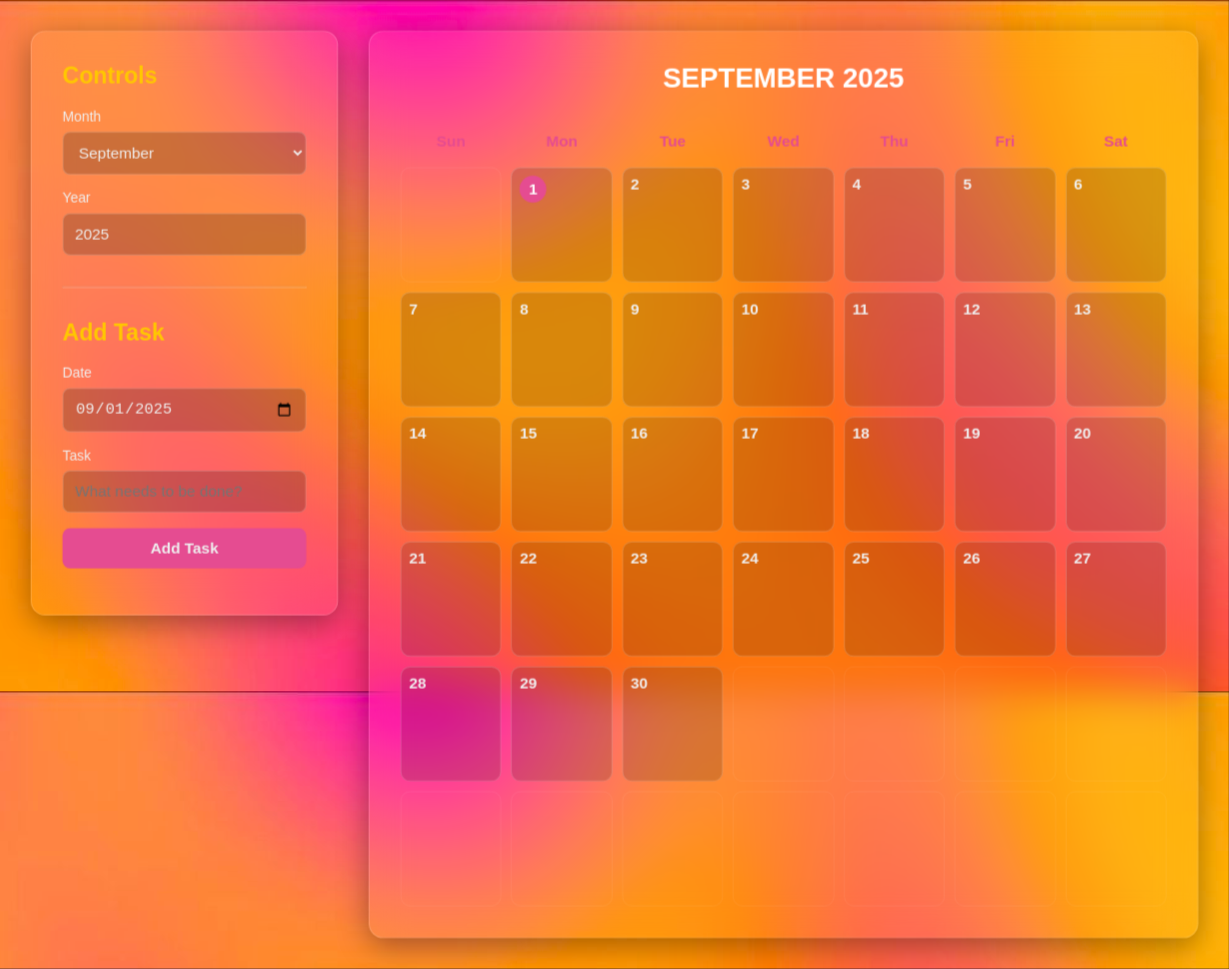
Repository: TanujaNair03/ToDo
Page: static/index.html
An editor plug-in stored every save of this project. The page is shown before and after the next save, followed by the edit.
The browser window is 1280 px wide. The pictures show the whole page, at 96% of full size.
The page's requests for data from a server got no answer. Backgrounds fixed to the window are drawn as part of the page.

Above is the page before, as saved 2025-09-01 15:52:58.

### static/index.html
<!DOCTYPE html>
<html lang="en">
<head>
    <meta charset="UTF-8">
    <meta name="viewport" content="width=device-width, initial-scale=1.0">
    <title>Aesthetic Calendar</title>
    <style>
        :root {
            --glass-bg: rgba(255, 255, 255, 0.05);
            --glass-border: rgba(255, 255, 255, 0.2);
            --text-color: #f0f0f0;
            /* Accent colors updated to match the new pink/yellow theme */
            --accent-primary: #e54c91; /* Pink */
            --accent-secondary: #ffc800; /* Yellow */
        }
        * {
            box-sizing: border-box;
        }

        /* NEW: Static, centered, pink-to-yellow radial gradient */
        body {
            font-family: 'Poppins', sans-serif;
            color: var(--text-color);
            margin: 0;
            padding: 2rem;
            min-height: 100vh;
            background-color: #1a1a2e; /* Fallback color */
            background-image: url('./static/aura.jpg'); /* Path to your image */
            background-repeat: no-repeat;
            background-attachment: fixed; /* Keeps the image fixed while scrolling */
            background-size: cover; /* Ensures the image covers the entire viewport */
            background-position: center; /* Centers the image */
        }

        #app {
            display: flex;
            gap: 2rem;
            width: 100%;
            max-width: 1300px;
            margin: 0 auto;
            align-items: flex-start;
        }

        .glass-pane {
            background: var(--glass-bg);
            backdrop-filter: blur(20px);
            -webkit-backdrop-filter: blur(20px);
            border: 1px solid var(--glass-border);
            box-shadow: 0 8px 32px 0 rgba(0, 0, 0, 0.37);
            border-radius: 15px;
            padding: 2rem;
        }

        .sidebar {
            width: 320px;
            height: fit-content;
            flex-shrink: 0;
        }
        .sidebar h2 { margin-top: 0; color: var(--accent-secondary); }
        .form-group { margin-bottom: 1rem; }
        .form-group label { display: block; margin-bottom: 0.5rem; font-size: 0.9rem; }
        .form-group input, .form-group select, .form-group button {
            width: 100%; padding: 0.75rem; border: 1px solid var(--glass-border);
            border-radius: 8px; background: rgba(0,0,0,0.2);
            color: var(--text-color); font-size: 1rem;
        }
        .form-group button {
            background: var(--accent-primary); cursor: pointer; font-weight: bold;
            transition: background 0.2s ease; border: none;
        }
        .form-group button:hover { background: var(--accent-secondary); color: #1a1a2e; }

        .calendar-container {
            flex-grow: 1;
        }
        .calendar-header { display: flex; justify-content: center; align-items: center; }
        .calendar-header h1 {
            font-size: 1.8rem;
            font-weight: bold;
            color: #ffffff; /* Change the color to white */
            margin: 0;
            text-transform: uppercase; /* Converts the text to uppercase */
        }
        .calendar-grid { display: grid; grid-template-columns: repeat(7, 1fr); gap: 10px; width: 100%; margin-top: 2rem; }
        .day-header { text-align: center; font-weight: bold; color: var(--accent-primary); padding: 0.5rem 0; }
        .day-cell {
            min-height: 120px; padding: 8px;
            background: rgba(0, 0, 0, 0.15);
            border: 1px solid var(--glass-border);
            border-radius: 10px;
            transition: transform 0.2s ease, background 0.2s ease;
            display: flex; flex-direction: column;
        }
        .day-cell:hover { transform: translateY(-5px); background: rgba(255, 255, 255, 0.1); }
        .day-cell.other-month { background: transparent; opacity: 0.4; }
        .day-number { font-weight: bold; margin-bottom: 8px; }
        .day-number.today {
            background-color: var(--accent-primary); color: white;
            border-radius: 50%; width: 28px; height: 28px;
            display: flex; align-items: center; justify-content: center;
        }
        .task-list { list-style: none; padding: 0; font-size: 0.85rem; }
        .task-item { display: flex; align-items: center; margin-bottom: 4px; gap: 6px; }
        .task-item input[type="checkbox"] { flex-shrink: 0; }
        .task-item span.done { text-decoration: line-through; opacity: 0.6; }
        .task-item span { flex-grow: 1; word-break: break-word; }
        .edit-input { width: 100%; background: #444; color: white; border: 1px solid var(--accent-primary); border-radius: 4px; padding: 2px; }
        .task-actions { cursor: pointer; margin-left: auto; display: flex; gap: 5px; }
    </style>
</head>
<body>

<div id="app">
    <div class="sidebar glass-pane">
        <h2>Controls</h2>
        <div class="form-group">
            <label for="month">Month</label>
            <select id="month" v-model="selectedMonth">
                <option v-for="(month, index) in months" :value="index + 1">{{ month }}</option>
            </select>
        </div>
        <div class="form-group">
            <label for="year">Year</label>
            <input type="number" id="year" v-model="selectedYear">
        </div>

        <hr style="border-color: rgba(255,255,255,0.2); margin: 2rem 0;">

        <h2>Add Task</h2>
        <form @submit.prevent="addTask">
            <div class="form-group">
                <label for="taskDate">Date</label>
                <input type="date" id="taskDate" v-model="newTask.date" required>
            </div>
            <div class="form-group">
                <label for="taskDesc">Task</label>
                <input type="text" id="taskDesc" v-model="newTask.task" placeholder="What needs to be done?" required>
            </div>
            <div class="form-group">
                <button type="submit">Add Task</button>
            </div>
        </form>
    </div>

    <div class="calendar-container glass-pane">
        <div class="calendar-header">
            <h1>{{ monthName }} {{ selectedYear }}</h1>
        </div>
        <div class="calendar-grid">
            <div class="day-header" v-for="day in dayNames">{{ day }}</div>
            <div v-for="day in calendarDays" class="day-cell" :class="{'other-month': !day.isCurrentMonth}">
                <div v-if="day.date">
                    <div class="day-number" :class="{'today': day.isToday}">{{ day.date.getDate() }}</div>
                    <ul class="task-list">
                        <li v-for="(task, index) in day.tasks" class="task-item">
                            <template v-if="editingDate === day.dateStr && editingIndex === index">
                                <input type="text" v-model="editingText" @keyup.enter="saveEdit" @keyup.esc="cancelEditing" class="edit-input" v-focus>
                                <div class="task-actions">
                                    <span @click="saveEdit">✔️</span>
                                    <span @click="cancelEditing">❌</span>
                                </div>
                            </template>
                            <template v-else>
                                <input type="checkbox" :checked="task.done" @change="updateTaskStatus(day.dateStr, index, $event.target.checked)">
                                <span :class="{'done': task.done}">{{ task.task }}</span>
                                <div class="task-actions">
                                    <span @click="startEditing(day.dateStr, index, task.task)">✏️</span>
                                    <span @click="deleteTask(day.dateStr, index)">🗑️</span>
                                </div>
                            </template>
                        </li>
                    </ul>
                </div>
            </div>
        </div>
    </div>
</div>

<script src="https://unpkg.com/vue@3/dist/vue.global.js"></script>
<script>
    const { createApp, ref, computed, onMounted } = Vue;
    const focusDirective = { mounted(el) { el.focus(); } };

    createApp({
        directives: { focus: focusDirective },
        setup() {
            const today = new Date();
            const selectedMonth = ref(today.getMonth() + 1);
            const selectedYear = ref(today.getFullYear());
            const tasks = ref({});
            const newTask = ref({ date: today.toISOString().split('T')[0], task: '' });
            const editingDate = ref(null);
            const editingIndex = ref(null);
            const editingText = ref('');
            const months = ["January", "February", "March", "April", "May", "June", "July", "August", "September", "October", "November", "December"];
            const dayNames = ["Sun", "Mon", "Tue", "Wed", "Thu", "Fri", "Sat"];
            const API_URL = 'http://127.0.0.1:5000/api';

            const monthName = computed(() => months[selectedMonth.value - 1]);
            const calendarDays = computed(() => {
                const year = selectedYear.value;
                const month = selectedMonth.value - 1;
                const firstDayOfMonth = new Date(year, month, 1).getDay();
                const daysInMonth = new Date(year, month + 1, 0).getDate();
                const daysArray = [];
                let dayCounter = 1;
                for (let i = 0; i < 42; i++) {
                    if (i >= firstDayOfMonth && dayCounter <= daysInMonth) {
                        const dateObj = new Date(year, month, dayCounter);
                        const y = dateObj.getFullYear();
                        const m = String(dateObj.getMonth() + 1).padStart(2, '0');
                        const d = String(dateObj.getDate()).padStart(2, '0');
                        const dateStr = `${y}-${m}-${d}`;
                        daysArray.push({
                            date: dateObj,
                            dateStr: dateStr,
                            isCurrentMonth: true,
                            isToday: dateStr === today.toISOString().split('T')[0],
                            tasks: tasks.value[dateStr] || []
                        });
                        dayCounter++;
                    } else {
                        daysArray.push({ date: null, isCurrentMonth: false, tasks: [] });
                    }
                }
                return daysArray;
            });

            const fetchTasks = async () => {
                const response = await fetch(`${API_URL}/tasks`);
                tasks.value = await response.json();
            };

            const addTask = async () => {
                await fetch(`${API_URL}/tasks`, {
                    method: 'POST',
                    headers: { 'Content-Type': 'application/json' },
                    body: JSON.stringify(newTask.value)
                });
                newTask.value.task = '';
                fetchTasks();
            };

            const updateTaskStatus = async (dateStr, taskIndex, isDone) => {
                await fetch(`${API_URL}/tasks/update`, {
                    method: 'PUT',
                    headers: { 'Content-Type': 'application/json' },
                    body: JSON.stringify({ date: dateStr, taskIndex: taskIndex, done: isDone })
                });
                fetchTasks();
            };

            const startEditing = (dateStr, index, currentText) => {
                editingDate.value = dateStr;
                editingIndex.value = index;
                editingText.value = currentText;
            };

            const cancelEditing = () => {
                editingDate.value = null;
                editingIndex.value = null;
                editingText.value = '';
            };

            const saveEdit = async () => {
                if (!editingText.value.trim()) return;
                await fetch(`${API_URL}/tasks/edit`, {
                    method: 'PUT',
                    headers: { 'Content-Type': 'application/json' },
                    body: JSON.stringify({
                        date: editingDate.value,
                        taskIndex: editingIndex.value,
                        newTaskText: editingText.value
                    })
                });
                cancelEditing();
                fetchTasks();
            };

            const deleteTask = async (dateStr, taskIndex) => {
                if (window.confirm("Are you sure you want to delete this task?")) {
                    await fetch(`${API_URL}/tasks/${dateStr}/${taskIndex}`, { method: 'DELETE' });
                    fetchTasks();
                }
            };

            onMounted(fetchTasks);

            return {
                selectedMonth,
                selectedYear,
                months,
                dayNames,
                monthName,
                calendarDays,
                newTask,
                addTask,
                updateTaskStatus,
                editingDate,
                editingIndex,
                editingText,
                startEditing,
                cancelEditing,
                saveEdit,
                deleteTask,
            };
        }
    }).mount('#app');
</script>
</body>
</html>

After the next save:
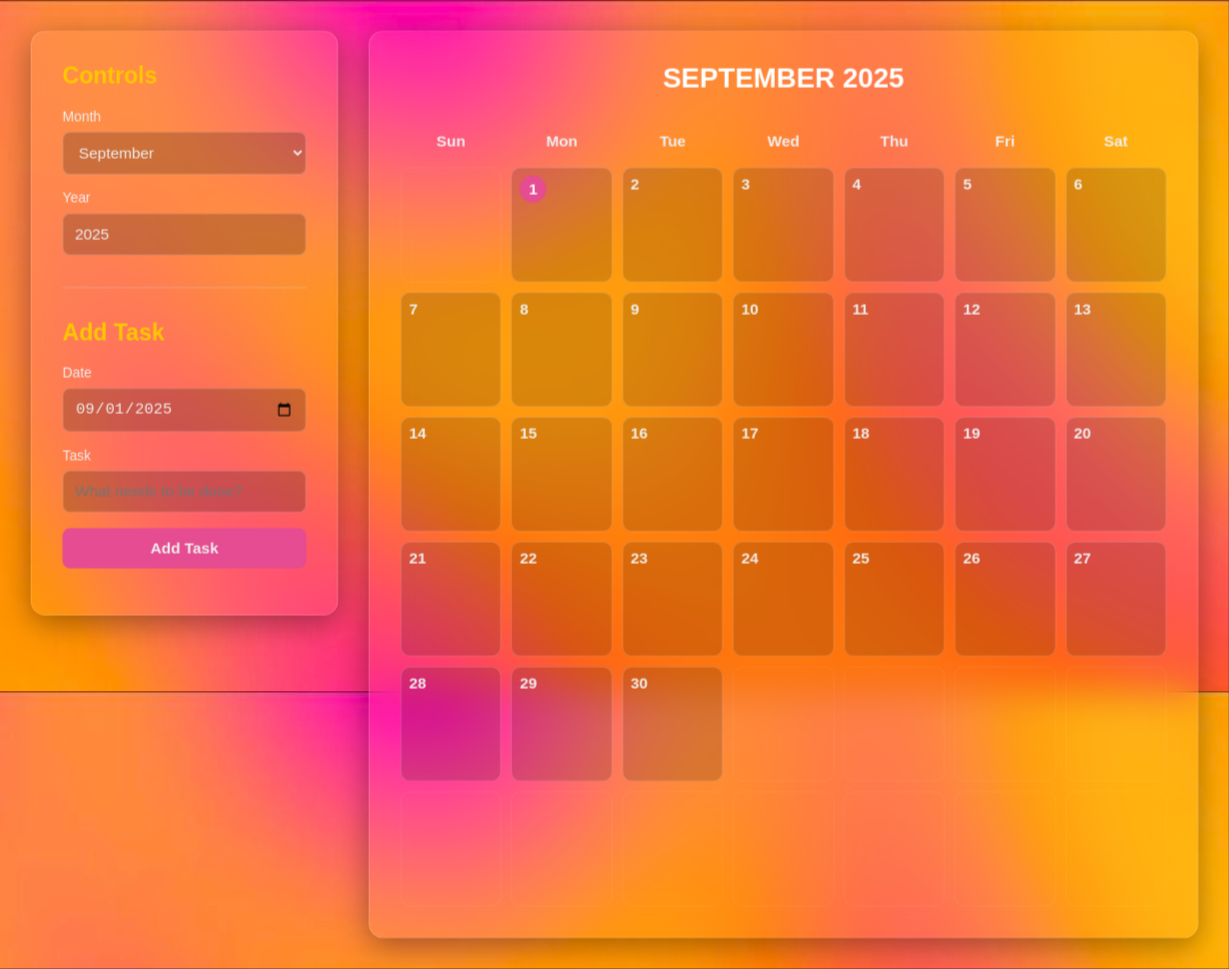
Saved 27 s later.
--- a/static/index.html
+++ b/static/index.html
@@ -82,7 +82,7 @@
             text-transform: uppercase; /* Converts the text to uppercase */
         }
         .calendar-grid { display: grid; grid-template-columns: repeat(7, 1fr); gap: 10px; width: 100%; margin-top: 2rem; }
-        .day-header { text-align: center; font-weight: bold; color: var(--accent-primary); padding: 0.5rem 0; }
+        .day-header { text-align: center; font-weight: bold; color: var(--text-color); padding: 0.5rem 0; }
         .day-cell {
             min-height: 120px; padding: 8px;
             background: rgba(0, 0, 0, 0.15);
